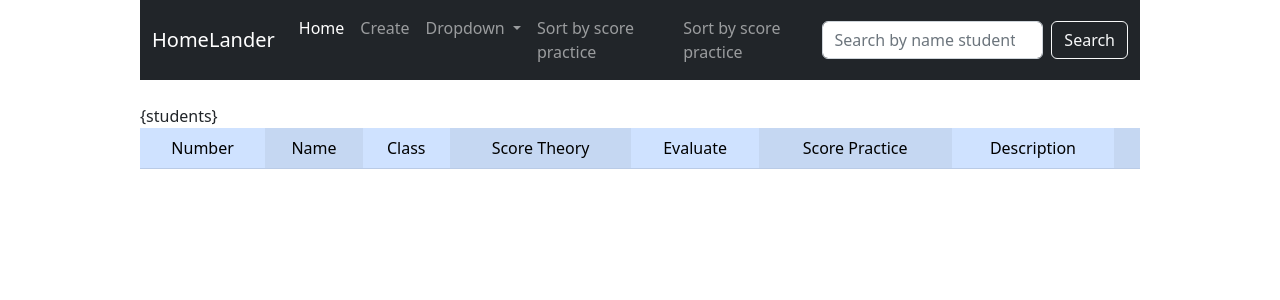
Repository: nguyenhung50497/MD3_thiThucHanh
Page: src/views/home.html
The author's editor kept a copy of each file at every save. The page is drawn from the files as they stood at one save, then again after the next save.
The browser window is 1280 px wide. The pictures show the whole page.

Above is the page before, as saved 2023-01-05 09:47:33.

### src/views/home.html
<!doctype html>
<html lang="en">
  <head>
    <meta charset="utf-8">
    <meta name="viewport" content="width=device-width, initial-scale=1">
    <title>Home</title>
    <link href="https://cdn.jsdelivr.net/npm/bootstrap@5.2.3/dist/css/bootstrap.min.css" rel="stylesheet" integrity="sha384-rbsA2VBKQhggwzxH7pPCaAqO46MgnOM80zW1RWuH61DGLwZJEdK2Kadq2F9CUG65" crossorigin="anonymous">
  </head>
  <body>
    <div class="container" style="width: 80%;">
      <nav class="navbar navbar-dark bg-dark navbar-expand-lg">
        <div class="container-fluid">
          <a class="navbar-brand" href="/home">HomeLander</a>
          <button class="navbar-toggler" type="button" data-bs-toggle="collapse" data-bs-target="#navbarSupportedContent" aria-controls="navbarSupportedContent" aria-expanded="false" aria-label="Toggle navigation">
            <span class="navbar-toggler-icon"></span>
          </button>
          <div class="collapse navbar-collapse" id="navbarSupportedContent">
            <ul class="navbar-nav me-auto mb-2 mb-lg-0">
              <li class="nav-item">
                <a class="nav-link active" aria-current="page" href="/home">Home</a>
              </li>
              <li class="nav-item">
                <a class="nav-link" href="/student/create">Create</a>
              </li>
              <li class="nav-item dropdown">
                <a class="nav-link dropdown-toggle" href="#" role="button" data-bs-toggle="dropdown" aria-expanded="false">
                  Dropdown
                </a>
                <ul class="dropdown-menu">
                  <li><a class="dropdown-item" href="#">Action</a></li>
                  <li><a class="dropdown-item" href="#">Another action</a></li>
                  <li><hr class="dropdown-divider"></li>
                  <li><a class="dropdown-item" href="#">Something else here</a></li>
                </ul>
              </li>
              <li class="nav-item">
                <a class="nav-link" href="/student/sortScoreByPracticeUP">Sort by score practice</a>
              </li>
              <li class="nav-item">
                <a class="nav-link" href="/student/sortScoreByPracticeDown">Sort by score practice</a>
              </li>
            </ul>
            <form class="d-flex" role="search" method="post">
              <input class="form-control me-2" name="search" type="search" placeholder="Search by name student" aria-label="Search">
              <button class="btn btn-outline-light" type="submit">Search</button>
            </form>
          </div>
        </div>
      </nav>
      <br>
      <table class="table table-primary table-striped-columns" style="text-align: center;">
        <tr>
            <td>Number</td>
            <td>Name</td>
            <td>Class</td>
            <td>Score Theory</td>
            <td>Evaluate</td>
            <td>Score Practice</td>
            <td>Description</td>
            <td colspan="2"></td>
        </tr>
        <tbody>
        {students}
        </tbody>
      </table>
    </div>
    <script src="https://cdn.jsdelivr.net/npm/bootstrap@5.2.3/dist/js/bootstrap.bundle.min.js" integrity="sha384-kenU1KFdBIe4zVF0s0G1M5b4hcpxyD9F7jL+jjXkk+Q2h455rYXK/7HAuoJl+0I4" crossorigin="anonymous"></script>
  </body>
</html>

After the next save:
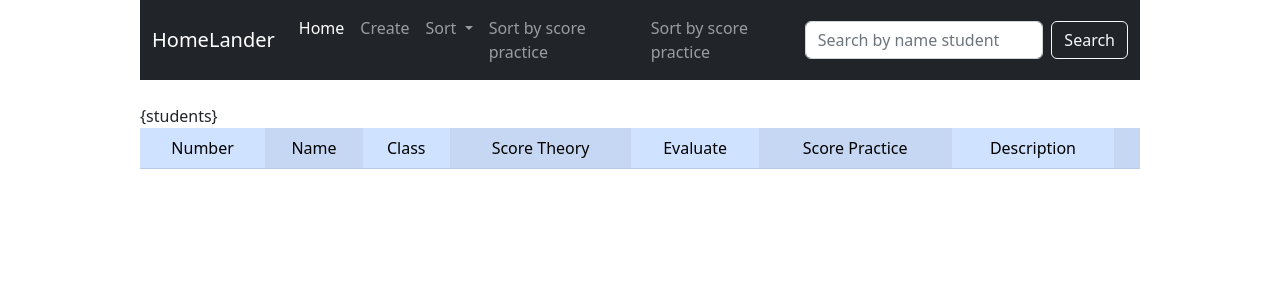
Saved 23 s later.
--- a/src/views/home.html
+++ b/src/views/home.html
@@ -24,7 +24,7 @@
               </li>
               <li class="nav-item dropdown">
                 <a class="nav-link dropdown-toggle" href="#" role="button" data-bs-toggle="dropdown" aria-expanded="false">
-                  Dropdown
+                  Sort
                 </a>
                 <ul class="dropdown-menu">
                   <li><a class="dropdown-item" href="#">Action</a></li>
